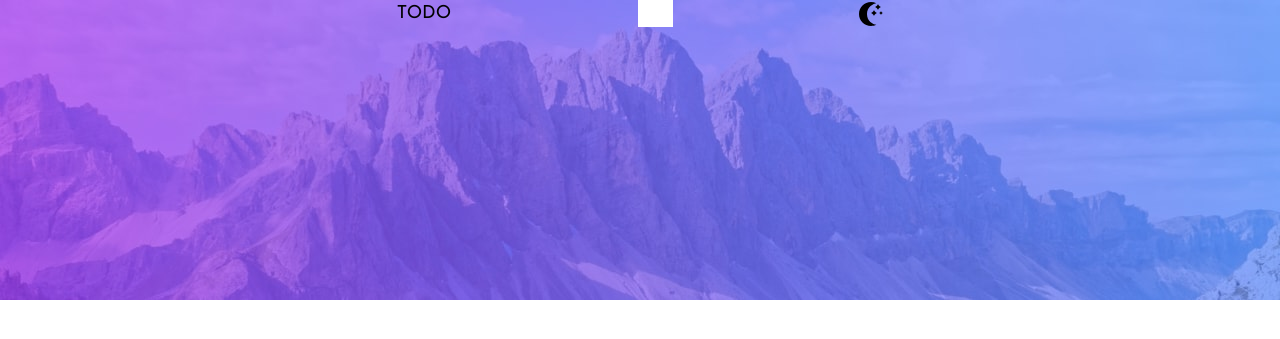
Repository: ikram-lisa/todo-list
Page: /
An editor plug-in stored every save of this project. The page is shown before and after the next save, followed by the edit.
The browser window is 1280 px wide. The pictures show the whole page.
Pictures or frames that could not be fetched are drawn as grey boxes. The project was rebuilt for these pictures with package versions that can differ from the ones it lists, and the page was loaded fresh each time. Also part of the build but not shown: vite.config.js.

Above is the page before, as saved 2024-05-14 22:26:36.

### src/main.jsx
import React from "react";
import ReactDOM from "react-dom/client";
import App from "./App.jsx";
import "./css/style.scss";
ReactDOM.createRoot(document.getElementById("root")).render(
  <React.StrictMode>
    <App />
  </React.StrictMode>
);

### src/App.jsx
import Defaultlayout from "./layout/defaultlayout";
import Todolist from "./pages/Todolist";
const App = () => {
  return (
    <>
      <Defaultlayout>
        <Todolist />
      </Defaultlayout>
    </>
  );
};
export default App;

### src/css/style.scss
@use "./base/fonts";
@use "./base/variable" as *;

@tailwind base;
@tailwind components;
@tailwind utilities;

body {
  font-size: 18px;
  font-family: "Josefin Sans", sans-serif;
  font-weight: 400;
}

.bg-light-theme {
  background-image: url("../assets/images/bg-desktop-light.jpg");
  background-position: center;
  background-size: cover;
  position: relative;
  overflow-x: hidden;
  overflow-y: hidden;
  width: 100%;
  height: 300px;
}

.bg-dark-theme {
  background-image: url("../assets/images/bg-desktop-dark.jpg");
  background-position: center;
  background-size: cover;
  position: relative;
  overflow-x: hidden;
  overflow-y: hidden;
  width: 100%;
  height: 300px;
}
.theme-content {
  width: 38%;
  margin: 0 auto;
  img {
    width: 100%;
    max-width: 35px;
    cursor: pointer;
    filter: brightness(1000%) contrast(100%);
  }
}

### src/layout/defaultlayout.jsx
const defaultlayout = ({ children }) => {
  return (
    <>
      <section>{children}</section>
    </>
  );
};
export default defaultlayout;

### src/pages/Todolist.jsx
import { useState } from "react";
import Light from "../assets/images/light.svg";
import Dark from "../assets/images/dark.svg";

const Todolist = () => {
  const [theme, setTheme] = useState("light");
  const handleToggle = () => {
    setTheme(theme === "light" ? "dark" : "light");
  };
  return (
    <>
      <section
        className={`theme  ${
          theme === "light" ? "bg-light-theme" : "bg-dark-theme"
        } `}
      >
        <div className="theme-content flex justify-between items-center">
          <h1>TODO</h1>
          <img src="../assets/images/moon.svg" alt="" />
          <button onClick={handleToggle}>
            {theme === "light" ? (
              <img src={Dark} alt="dark mode" />
            ) : (
              <img src={Light} alt="light mode" />
            )}
          </button>
        </div>
      </section>
    </>
  );
};
export default Todolist;

### src/css/base/_fonts.scss
@import url("https://fonts.googleapis.com/css2?family=Josefin+Sans:ital,wght@0,100..700;1,100..700&family=Kumbh+Sans:wght@100..900&family=Montserrat:ital,wght@0,100..900;1,100..900&family=Open+Sans:ital,wght@0,400;0,600;0,700;0,800;1,400;1,700;1,800&family=Poppins:ital,wght@0,200;0,300;0,400;0,500;0,600;0,700;0,800;0,900;1,100;1,200;1,300;1,400;1,500;1,600;1,700;1,800;1,900&display=swap");

### src/css/base/_variable.scss
// ### Light Theme

$VeryLightGray: hsl(0, 0%, 98%);
$VeryLightGrayishBlue: hsl(236, 33%, 92%);
$LightGrayishBlue: hsl(233, 11%, 84%);
$DarkGrayishBlue: hsl(236, 9%, 61%);
$VeryDarkGrayishBlue: hsl(235, 19%, 35%);

// ### Dark Theme

$VeryDarkBlue: hsl(235, 21%, 11%);
$VeryDarkBlue: hsl(235, 24%, 19%);
$LightGrayishBlue: hsl(234, 39%, 85%);
$LightGrayishBlue: hsl(236, 33%, 92%);
$DarkGrayishBlue: hsl(234, 11%, 52%);
$VeryDarkGrayishBlue: hsl(233, 14%, 35%);
$VeryDarkGrayishBlue: hsl(237, 14%, 26%);

Loaded but not shown: index.html (common file); tailwind.config.js (1075 lines, source omitted)

After the next save:
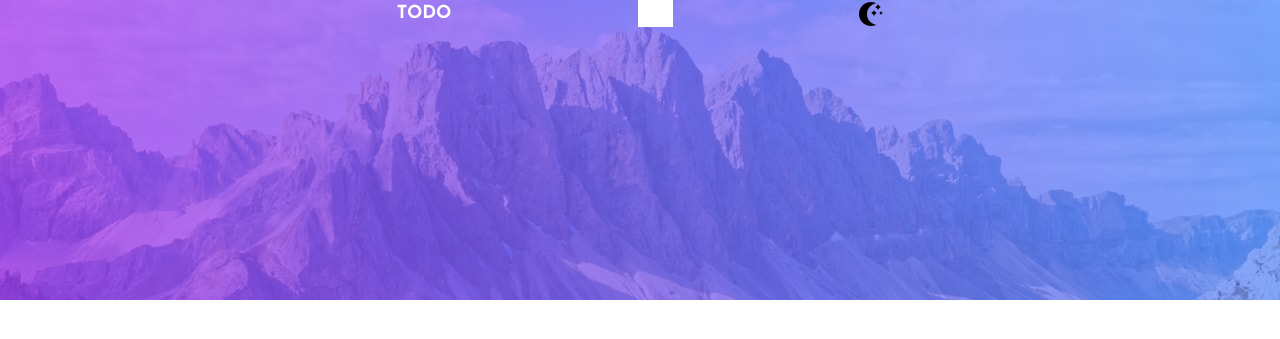
Saved 49 s later.
--- a/src/css/style.scss
+++ b/src/css/style.scss
@@ -35,9 +35,15 @@ body {
 .theme-content {
   width: 38%;
   margin: 0 auto;
+  h1 {
+    font-weight: 700;
+    color: white;
+  }
   img {
     width: 100%;
     max-width: 35px;
+    height: auto;
+    display: block;
     cursor: pointer;
     filter: brightness(1000%) contrast(100%);
   }
